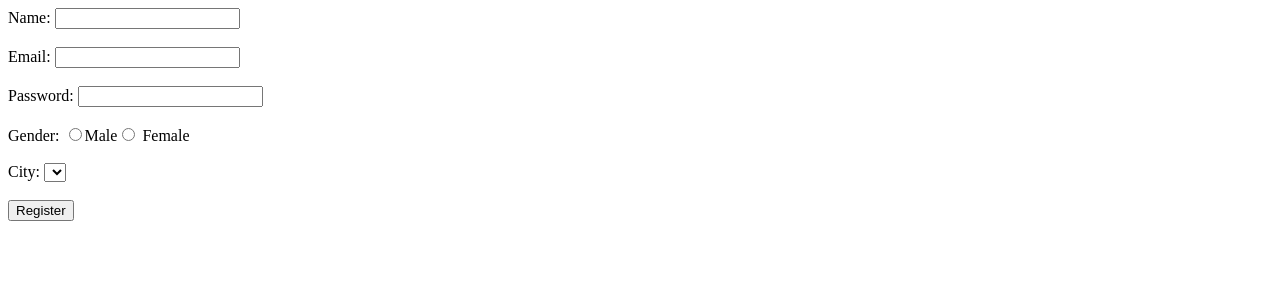
Repository: Strangeryoga/JSHS
Page: http://localhost/RegisterLogin/register.jsp
An editor plug-in stored every save of this project. The page is shown before and after the next save, followed by the edit.
The browser window is 1280 px wide. The pictures show the whole page.
The page is served by Tomcat 9.

Above is the page before, as saved 2023-09-27 04:49:03.

After the next save:
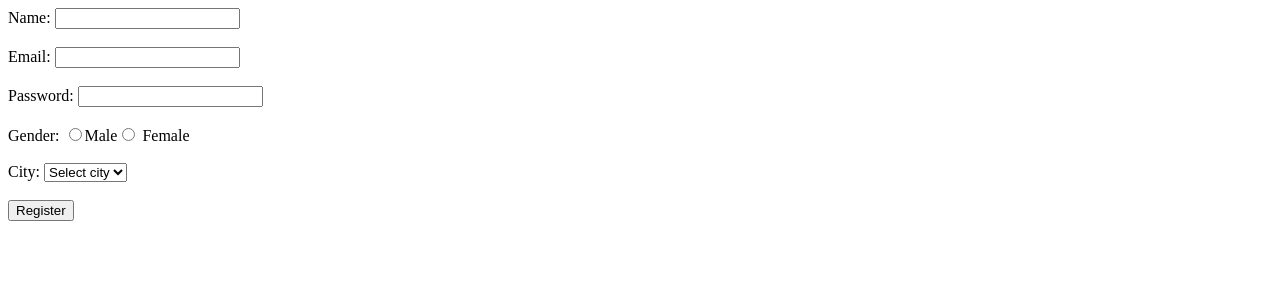
Saved 115 s later.
--- a/J2EE/RegisterLogin/src/main/webapp/register.jsp
+++ b/J2EE/RegisterLogin/src/main/webapp/register.jsp
@@ -13,10 +13,10 @@
 		Password: <input type='password' name='pass'/> <br/><br/>
 		Gender: <input type='radio' name='gender1' value="Male"/>Male<input type='radio' name='gender2' value="Female"/> Female <br/><br/>
 		City: <select name='city'>
-		<options>Select city</options>
-		<options>Delhi</options>
-		<options>Mumbai</options>
-		<options>Pune</options>
+		<option>Select city</option>
+		<option>Delhi</option>
+		<option>Mumbai</option>
+		<option>Pune</option>
 		</select><br/><br/>
 		<input type="submit" value="Register"/>
 </form>
